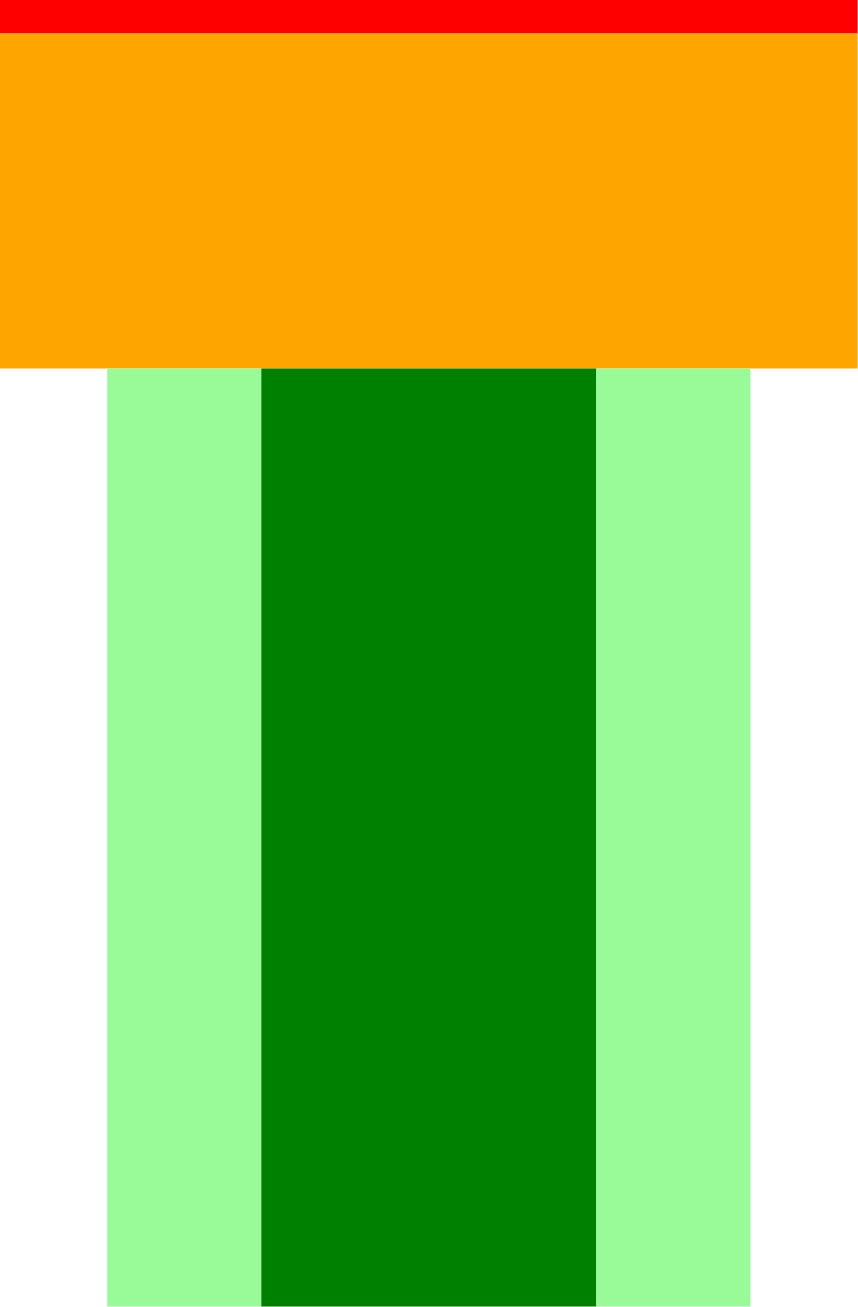
Repository: matsumurashin/flex
Page: chapter4-exercise/chap4.html
The author's editor kept a record of every edit. The page is drawn from the files as they stood at one moment, then again after the next edit.
The browser window is 1280 px wide. The pictures show the whole page, at 67% of full size.

Above is the page before.

After the next edit:
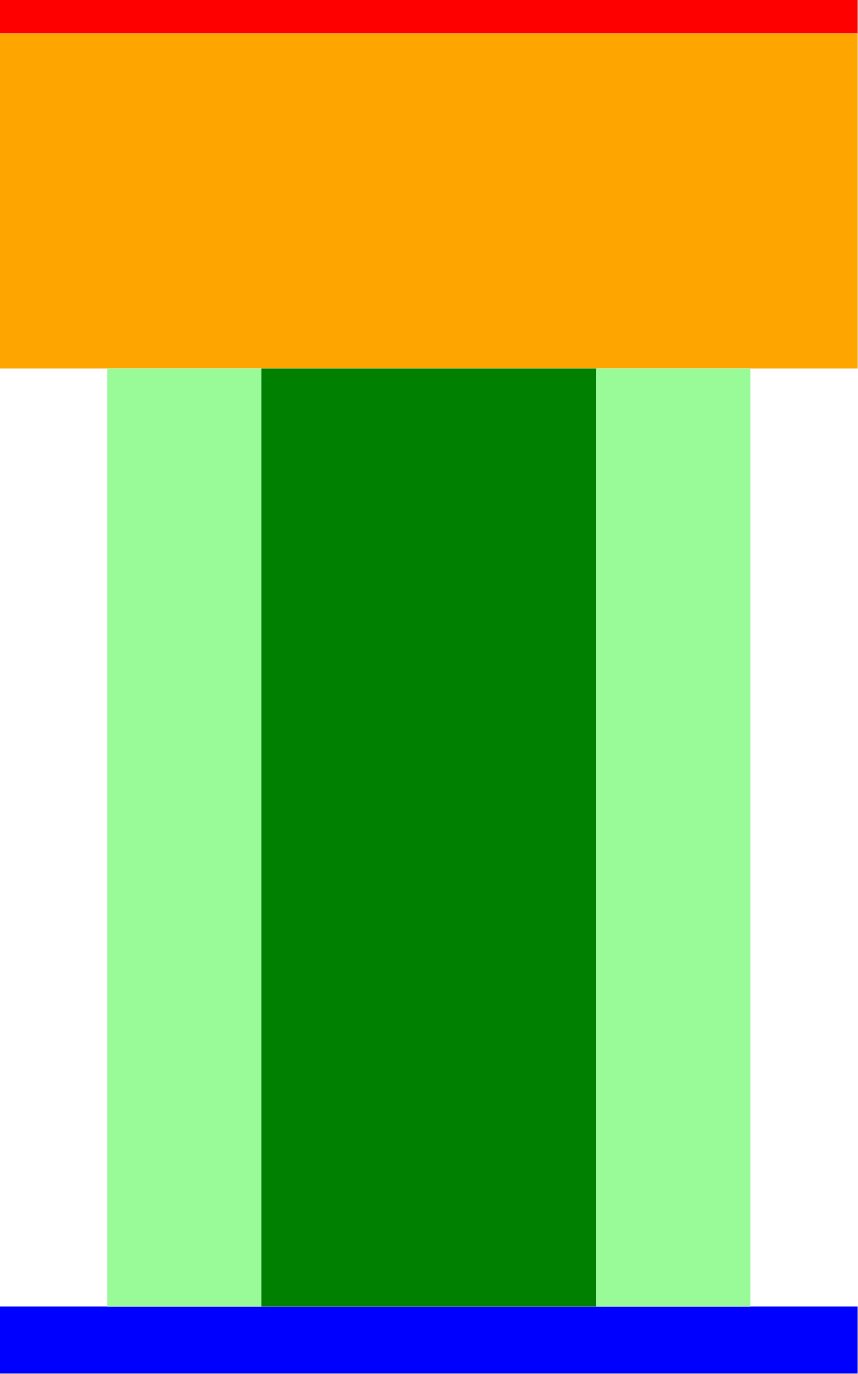
The edit:
--- a/chapter4-exercise/chap4.css
+++ b/chapter4-exercise/chap4.css
@@ -40,3 +40,9 @@
   height: 1400px;
   background-color: palegreen;
 }
+
+.footer {
+  width: 100%;
+  height: 100px;
+  background-color: blue;
+}
